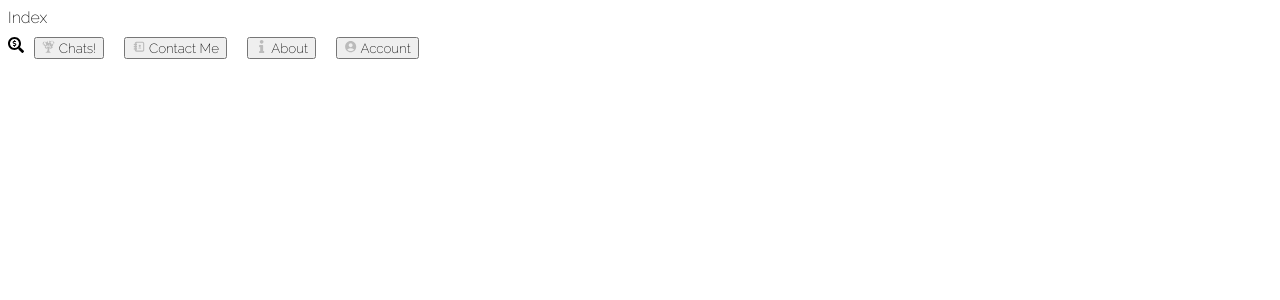
Repository: semileeBCIT/MDIA2109Tut4
Page: /
The author's editor kept a copy of each file at every save. The page is drawn from the files as they stood at one save, then again after the next save.
The browser window is 1280 px wide. The pictures show the whole page.
The project was rebuilt for these pictures with package versions that can differ from the ones it lists, and the page was loaded fresh each time. The framework's server and built-in components were replaced by stand-ins that run in the browser. Also part of the build but not shown: next.config.js.

Above is the page before, as saved 2020-04-15 22:45:00.

### pages/_app.js
// import App from 'next/app'
import './app.css';

function MyApp({ Component, pageProps }) {
    return <Component {...pageProps} />
  }

  // Only uncomment this method if you have blocking data requirements for
  // every single page in your application. This disables the ability to
  // perform automatic static optimization, causing every page in your app to
  // be server-side rendered.
  //
  // MyApp.getInitialProps = async (appContext) => {
  //   // calls page's `getInitialProps` and fills `appProps.pageProps`
  //   const appProps = await App.getInitialProps(appContext);
  //
  //   return { ...appProps }
  // }

  export default MyApp

### pages/_document.js
import Document, { Html, Head, Main, NextScript } from 'next/document';

class MyDocument extends Document {
  static async getInitialProps(ctx) {
    const initialProps = await Document.getInitialProps(ctx)
    return { ...initialProps }
  }

  render() {
    return (
      <Html>
        <Head />
        <body>
          <link href="https://fonts.googleapis.com/css2?family=Raleway:wght@200&display=swap" rel="stylesheet"></link>
          <Main />
          <NextScript />
        </body>
      </Html>
    )
  }
}

export default MyDocument

### pages/index.js
import Link from 'next/link';
import Router from 'next/router';
import {FaSearchDollar} from 'react-icons/fa';
import {GiBurningTree} from 'react-icons/gi';
import {TiContacts} from 'react-icons/ti';
import {FaInfo} from 'react-icons/fa';
import {MdAccountCircle} from 'react-icons/md';
import './index.css';

function ClickIndex(){

    document.querySelector("#mainapp").style.right = "-100%";
    setTimeout(function(){
      Router.push("/ChatPage");
  }, 1000)
}

const Index = () => <div id="mainapp">
    <div onClick={ClickIndex} id="maintext">Index</div>
    <FaSearchDollar />
    <Link href="/ChatPage"><button><GiBurningTree color="#BBB"/> Chats!</button></Link>
    <Link href="/Contact"><button><TiContacts color="#BBB"/> Contact Me</button></Link>
    <Link href="/About"><button><FaInfo color="#BBB"/> About</button></Link>
    <Link href="/Account"><button><MdAccountCircle color="#BBB"/> Account</button></Link>
</div>

export default Index;

### pages/app.css
*{
    font-family: 'Raleway', sans-serif;
}

### pages/index.css
#mainapp{
    position:relative;
    right:0;
    opacity: 1;
    transition: opacity 1s, right 1s;

}

#maintext{
    padding-bottom: 10px;
}

button{
    margin: 0 10px;
}

body, html {
    overflow-x: hidden;
}

After the next save:
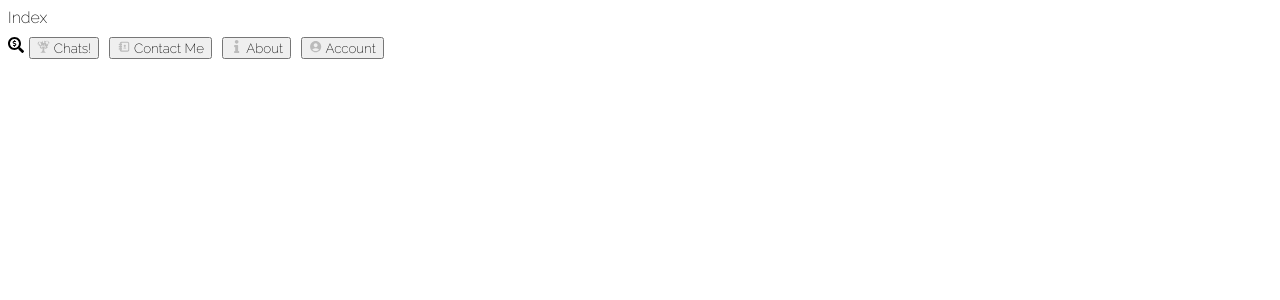
Saved 5 s later.
--- a/pages/index.css
+++ b/pages/index.css
@@ -11,7 +11,7 @@
 }
 
 button{
-    margin: 0 10px;
+    margin: 0 5px;
 }
 
 body, html {
